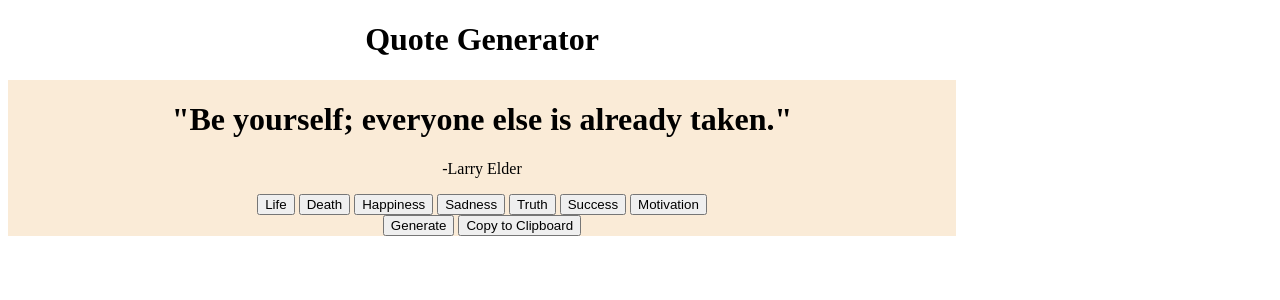
Repository: moehaymanmyint/Random-Quote-Generator
Page: index.html
An editor plug-in stored every save of this project. The page is shown before and after the next save, followed by the edit.
The browser window is 1280 px wide. The pictures show the whole page.

Above is the page before, as saved 2024-11-05 22:03:31.

### index.html
<!DOCTYPE html>
<html lang="en">
<head>
    <meta charset="UTF-8">
    <meta name="viewport" content="width=device-width, initial-scale=1.0">
    <title>Quote Generator</title>
    <link rel="stylesheet" href="style.css">
</head>
<body>
    <div class="container">
        <h1>Quote Generator</h1>
        <div class="quote-box">
            <div class="quote">
                <h1>"Be yourself; everyone else is already taken."</h1>
                <p>-Larry Elder</p>
            </div>
            <div class="category">
                <input type="button" value="Life">
                <input type="button" value="Death">
                <input type="button" value="Happiness">
                <input type="button" value="Sadness">
                <input type="button" value="Truth">
                <input type="button" value="Success">
                <input type="button" value="Motivation">
            </div>
            <div class="btn">
                <button>Generate</button>
                <button>Copy to Clipboard</button>
            </div>
        </div>
    </div>
</body>
</html>

### style.css
.container{
    width: 75%;
    text-align: center;
}

.quote-box{
    background-color: antiquewhite;
    display: flex;
    flex-direction: column;
    align-items: center;
    justify-content: center;
}

After the next save:
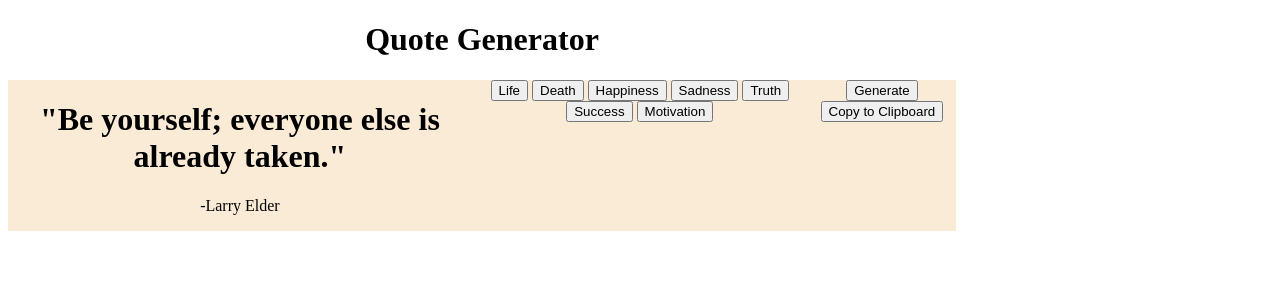
Saved 17 s later.
--- a/style.css
+++ b/style.css
@@ -6,7 +6,5 @@
 .quote-box{
     background-color: antiquewhite;
     display: flex;
-    flex-direction: column;
-    align-items: center;
-    justify-content: center;
+    text-align: center;
 }
